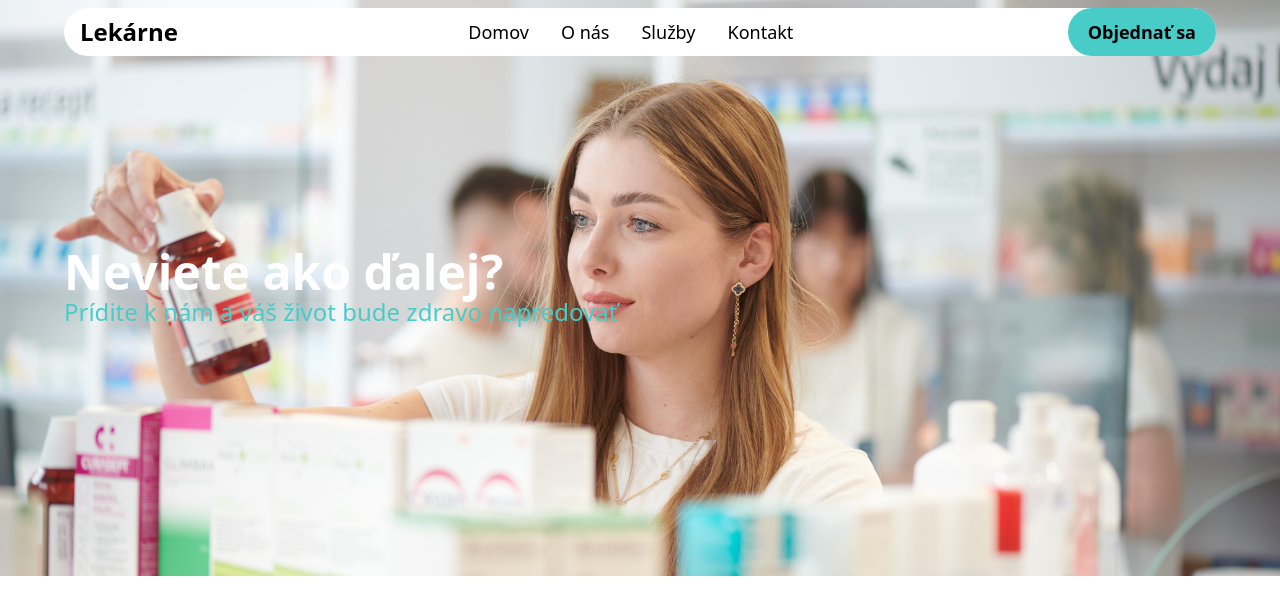
Repository: SimonSkoda13/Lekaren
Page: /
An editor plug-in stored every save of this project. The page is shown before and after the next save, followed by the edit.
The browser window is 1280 px wide. The pictures show the whole page.
The project was rebuilt for these pictures with package versions that can differ from the ones it lists, and the page was loaded fresh each time. The framework's server and built-in components were replaced by stand-ins that run in the browser. Also part of the build but not shown: next.config.js.

Above is the page before, as saved 2023-04-22 17:12:48.

### src/app/layout.tsx
import { Header } from "./components/Header/Header";
import "./globals.css";
import { Poppins } from "next/font/google";

export const metadata = {
  title: "Create Next App",
  description: "Generated by create next app",
};

export default function RootLayout({
  children,
}: {
  children: React.ReactNode;
}) {
  return (
    <html lang="en">
      <body className="bg-white min-h-[100vh]">
        <Header />
        <main>{children}</main>
        <footer></footer>
      </body>
    </html>
  );
}

### src/app/page.tsx
import Image from "next/image";
import { Inter } from "next/font/google";
import { HomeHero } from "./components/HomeHero/HomeHero";

const inter = Inter({ subsets: ["latin"] });

// page with

export default function Home() {
  return (
    <>
      <HomeHero
        title={"Neviete ako ďalej?"}
        image={"/homeBanner.jpg"}
        description={"Prídite k nám a váš život bude zdravo napredovať"}
      />
    </>
  );
}

### src/app/components/Header/Header.tsx
import Link from "next/link";
import React from "react";

export interface HeaderProps {}

export const Header = (props: HeaderProps) => {
  const {} = props;
  return (
    <header className="cntn fixed w-full top-2 z-10">
      <div className="flex bg-white rounded-full">
        <h1 className="py-2 px-4 text-2xl font-bold">Lekárne</h1>
        <div className="py-2 px-4 flex gap-8 items-center mx-auto text-lg font-medium">
          <Link href="/">Domov</Link>
          <Link href="/onas">O nás</Link>
          <Link href="/sluzby">Služby</Link>
          <Link href="/kontakt">Kontakt</Link>
        </div>
        {/* button order self */}
        <div className="flex justify-center items-center px-5 p-0 bg-primary rounded-full text-lg font-bold">
          <Link href="/order">Objednať sa</Link>
        </div>
      </div>
    </header>
  );
};

### src/app/globals.css
@tailwind base;
@tailwind components;
@tailwind utilities;

@layer components {
  .cntn {
    @apply mx-auto px-4  max-w-screen-xl md:px-16;
  }
}

### src/app/components/HomeHero/HomeHero.tsx
import Image from "next/image";
import React from "react";
import { ImageGradient } from "./ImageGradient/ImageGradient";

export interface HomeHeroProps {
  title: string;
  image: string;
  description: string;
}

export const HomeHero = (props: HomeHeroProps) => {
  const { title, image, description } = props;
  return (
    <section className="relative h-[80vh] z-0 px-0">
      <div className="w-full h-full absolute left-0 top-0 bg-gradient-to-b from-gray-900 via-gray-300 to-gray-400 z-10">
        {/* make filter for image to odd brightness from top biggest to bottom lowest */}
        <ImageGradient>
          <Image
            src={image}
            alt="Next.js logo"
            fill
            style={{
              objectFit: "cover",
              objectPosition: "center",
            }}
            className="z-20"
          />
        </ImageGradient>
      </div>
      <div className="cntn relative  h-full flex justify-center flex-wrap flex-col z-10">
        <h1 className="text-5xl font-bold text-white">{title}</h1>
        <p className="text-2xl text-primary">{description}</p>
      </div>
    </section>
  );
};

### src/app/components/HomeHero/ImageGradient/ImageGradient.tsx
import React from "react";

export interface ImageGradientProps {
  children: React.ReactNode;
}

export const ImageGradient = (props: ImageGradientProps) => {
  const { children } = props;
  return (
    <div className="relative w-full h-full overflow-hidden filter">
      <div className="absolute inset-0 z-10 bg-gradient-to-b from-gray-900 via-gray-300 to-gray-400 opacity-50"></div>
      s {children}
    </div>
  );
};

### tailwind.config.js
/** @type {import('tailwindcss').Config} */
module.exports = {
  content: [
    "./src/pages/**/*.{js,ts,jsx,tsx,mdx}",
    "./src/components/**/*.{js,ts,jsx,tsx,mdx}",
    "./src/app/**/*.{js,ts,jsx,tsx,mdx}",
  ],
  theme: {
    extend: {
      colors: {
        primary: "#47CCC8",
        secondary: "#2D3663",
      },
    },
  },
  plugins: [],
};

Loaded but not shown: src/app/api/hello/route.ts (common file)

After the next save:
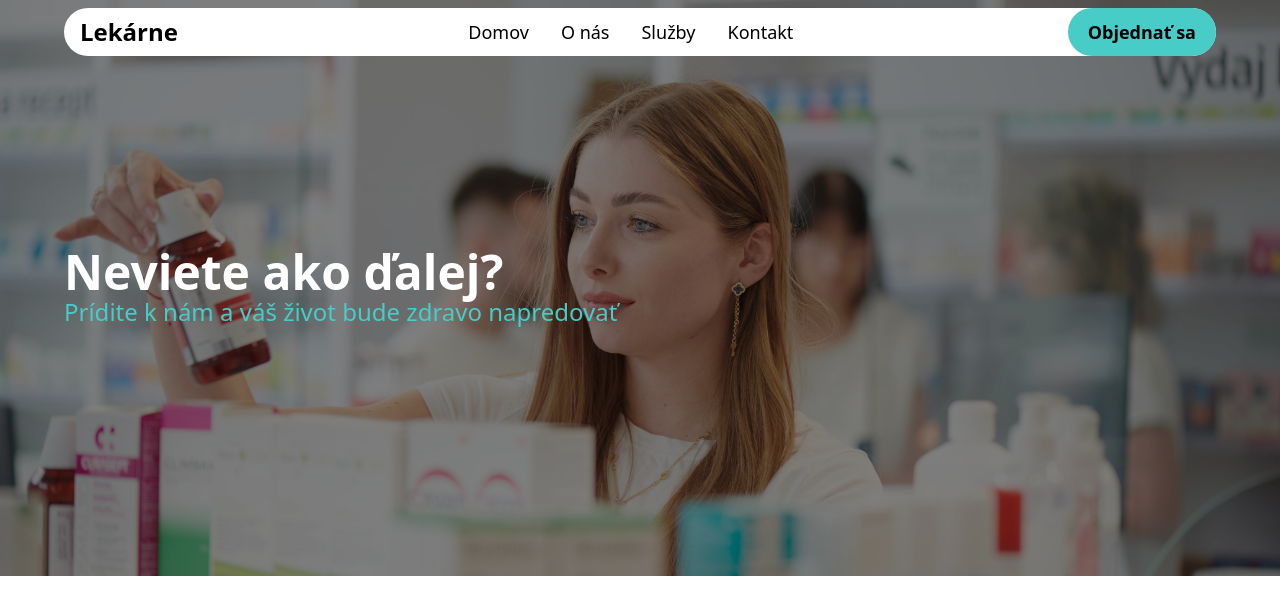
Saved 21 s later.
--- a/src/app/components/HomeHero/ImageGradient/ImageGradient.tsx
+++ b/src/app/components/HomeHero/ImageGradient/ImageGradient.tsx
@@ -7,9 +7,9 @@ export interface ImageGradientProps {
 export const ImageGradient = (props: ImageGradientProps) => {
   const { children } = props;
   return (
-    <div className="relative w-full h-full overflow-hidden filter">
+    <div className="relative w-full h-full overflow-hidden filter brightness-50">
       <div className="absolute inset-0 z-10 bg-gradient-to-b from-gray-900 via-gray-300 to-gray-400 opacity-50"></div>
-      s {children}
+      {children}
     </div>
   );
 };
